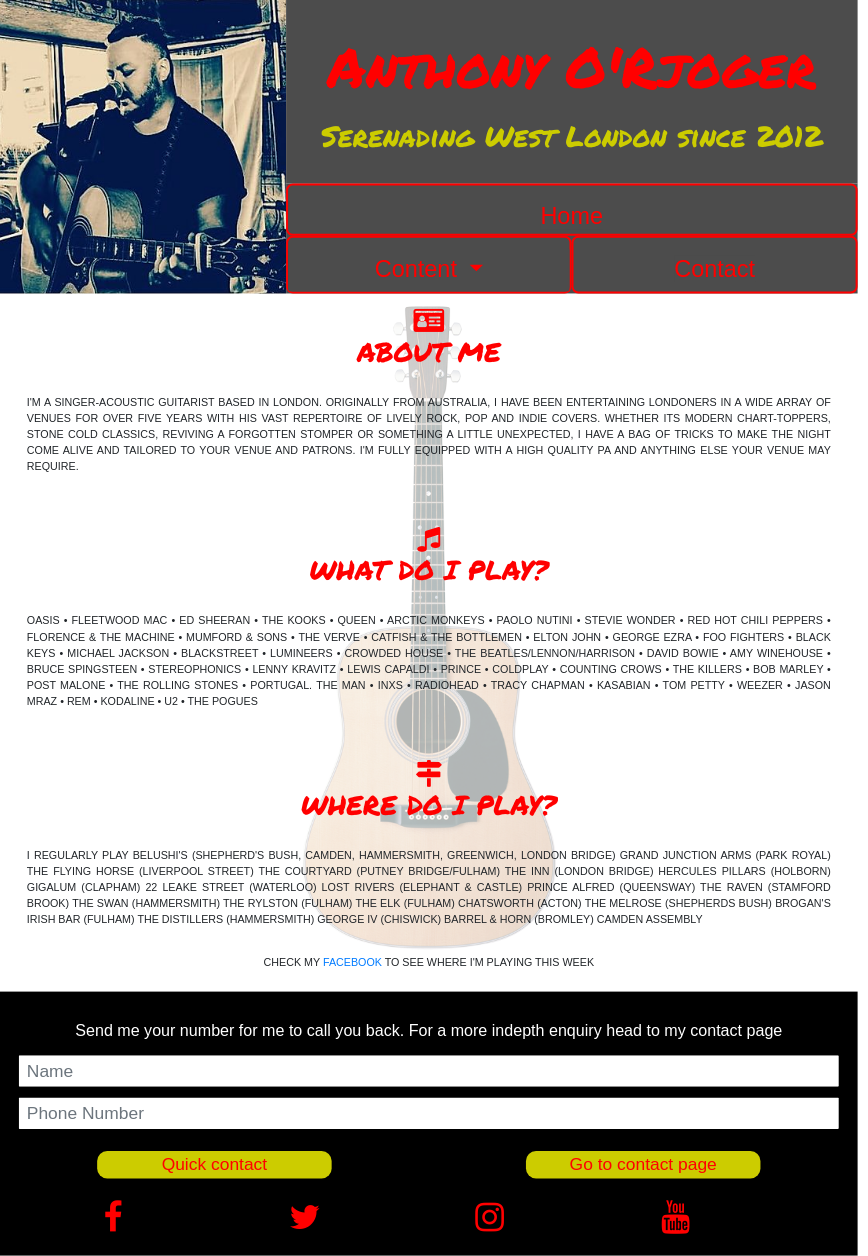
Repository: SimonGeorgeNZ/milestone_1
Page: index.html
The author's editor kept a record of every edit. The page is drawn from the files as they stood at one moment, then again after the next edit.
The browser window is 1280 px wide. The page is 1295 px wide, so the pictures cover 1295 px, including what lies to the right of the window. The pictures show the whole page, at 67% of full size.
Some web fonts or font styles are not loaded; a fallback is used. Some web libraries are served in a nearby version.

Above is the page before.

After the next edit:
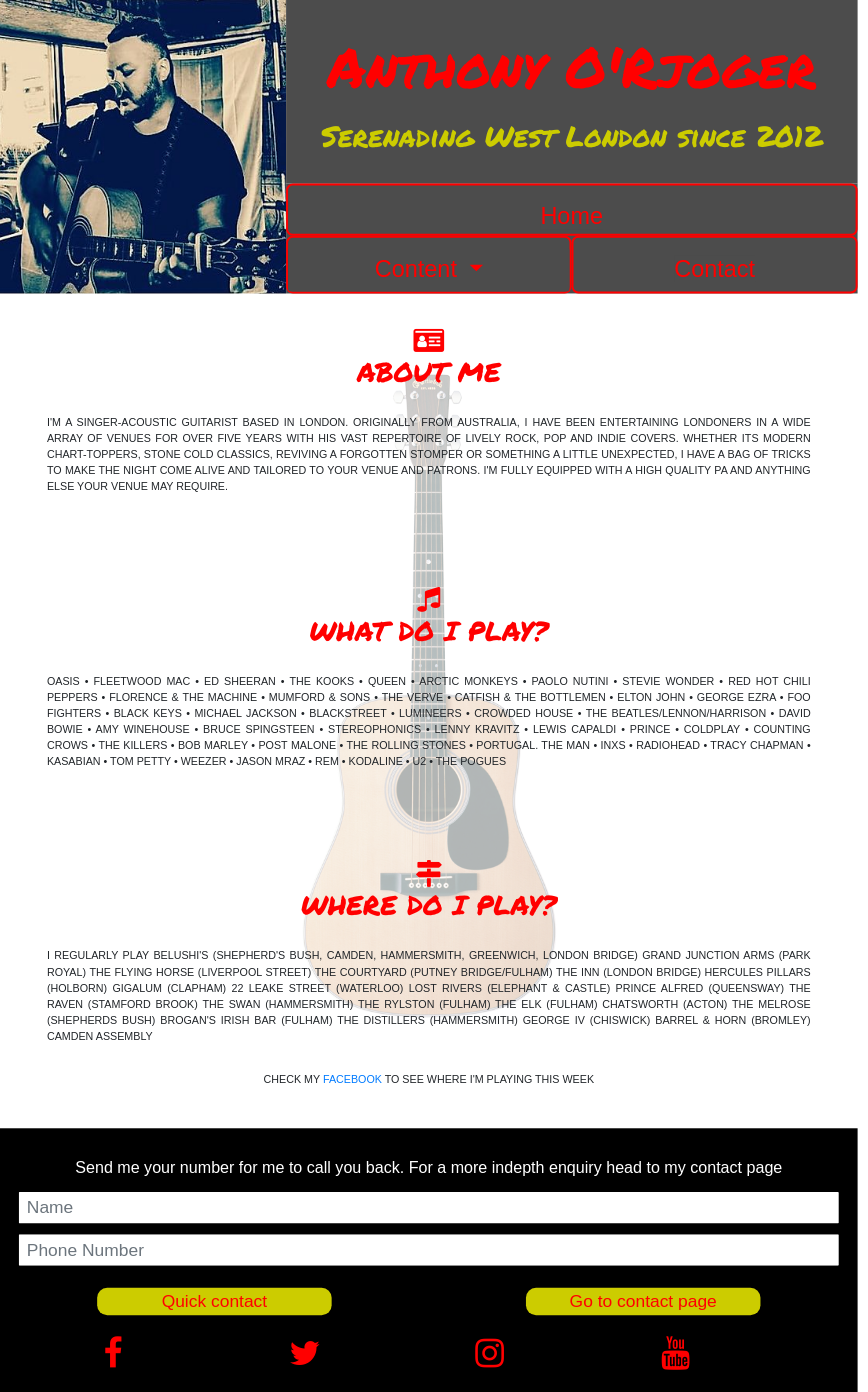
The edit:
--- a/assets/css/style.css
+++ b/assets/css/style.css
@@ -241,7 +241,7 @@
 
 .about {
     text-align: justify;
-    margin: 15px;
+    margin: 45px;
 }
 
 .text-box-heading {
